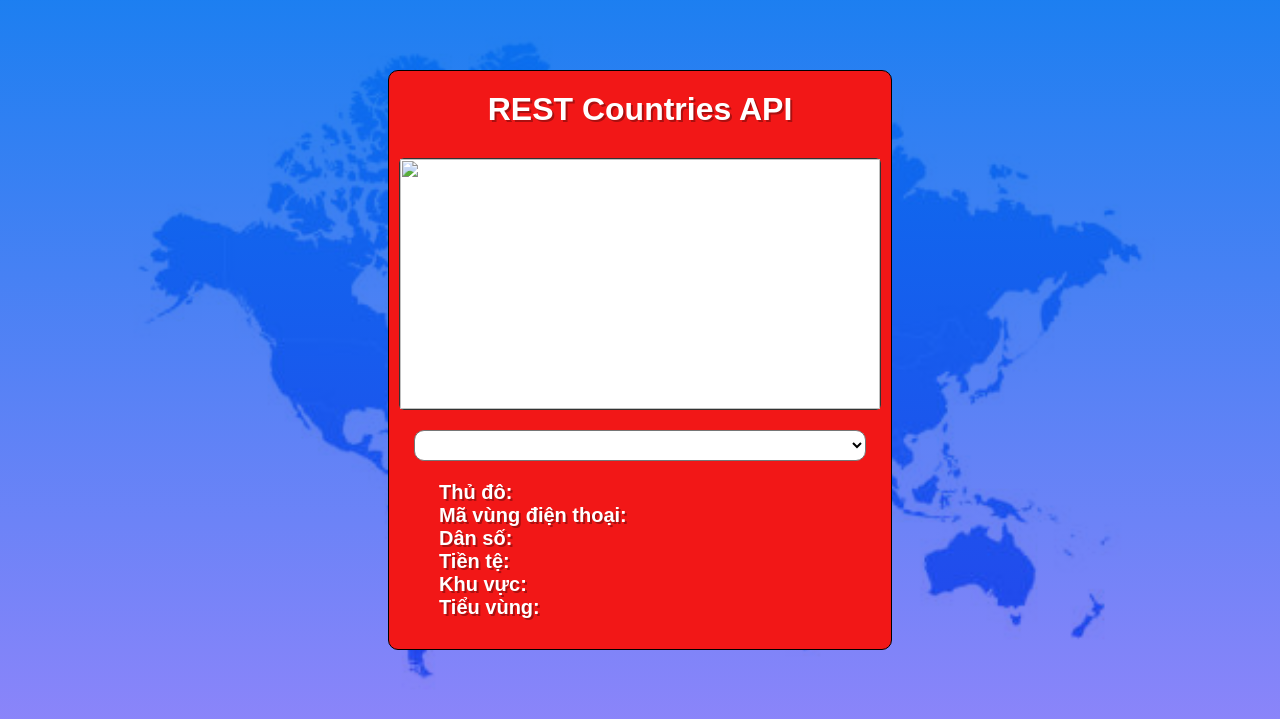
Repository: KhoaTran204/Rest-countries-api-app
Page: index.html
The author's editor kept a copy of each file at every save. The page is drawn from the files as they stood at one save, then again after a run of saves.
The browser window is 1280 px wide. The pictures show the whole page.
The page's requests for data from a server got no answer.

Above is the page before, as saved 2024-04-14 09:29:39.

### index.html
<!DOCTYPE html>
<html lang="en">
  <head>
    <meta charset="UTF-8" />
    <meta name="viewport" content="width=device-width, initial-scale=1.0" />
    <link rel="stylesheet" href="style.css" />
    <title>Rest Countries API</title>
  </head>
  <body>
    <div class="container">
      <h1>REST Countries API</h1>
      <div id="main-container">
        <div id="flag-container">
          <img src="" alt="" />
        </div>
        <div id="info-container">
          <select id="countries"></select>
          <div class="info">
            <p>Thủ đô: <span id="capital"></span></p>
            <p>Mã vùng điện thoại: <span id="dialing-code"></span></p>
            <p>Dân số: <span id="population"></span></p>
            <p>Tiền tệ: <span id="currencies"></span></p>
            <p>Khu vực: <span id="region"></span></p>
            <p>Tiểu vùng: <span id="subregion"></span></p>
          </div>
        </div>
      </div>
    </div>
    <script src="app.js"></script>
  </body>
</html>

### style.css
* {
  margin: 0;
  padding: 0;
  box-sizing: border-box;
}

body {
  font-family: sans-serif;
  height: 100vh;
  display: flex;
  justify-content: center;
  align-items: center;
  /* background-image: url(anh/bando.jpg);
  background-repeat: no-repeat;
  background-position: center;
  background-size: cover; */
  background: linear-gradient(
      to top,
      rgba(23, 11, 244, 0.5),
      rgba(4, 113, 239, 0.9)
    ),
    url(anh/bando.jpg) no-repeat center/cover;
}

#flag-container {
  margin: 10px;
  height: 252px;
  background-color: #fff;
  border: 1px solid #333;
  border-radius: 5px;
}

#flag-container img {
  display: block;
  width: 100%;
  height: 100%;
}

.container {
  background-color: rgb(242, 23, 23);
  border-radius: 10px;
  border: 1px solid black;
}
.container h1 {
  text-align: center;
  font-weight: 800;
  text-shadow: 2px 2px rgba(0, 0, 0, 0.3);
  color: #fff;
  margin: 20px;
}
#main-container {
  width: 502px;
  margin: 30px auto;
  padding: 0;
}
#flag-container {
  height: 252px;
  background-color: #fff;
  border: 1px solid #333;
}
#flag-container img {
  display: block;
  width: 100%;
  height: 100%;
}
#info-container select {
  display: block;
  border-radius: 10px;
  margin: 20px auto;
  padding: 5px;
  min-width: 90%;
  color: black;
  font-size: 15px;
  font-weight: bold;
  text-align-last: center;
  background-color: #fff;
  text-decoration: underline;
}
#flag-container select:active {
  background-color: black;
}
.info {
  margin-left: 50px;
  color: #fff;
  font-size: 20px;
  font-weight: bold;
  text-shadow: 2px 2px rgba(0, 0, 0, 0.3);
}

### app.js
const countrieslist = document.getElementById("countries");
let countries;

countrieslist.addEventListener("change", (event) =>
  displayCountryInfo(event.target.value)
);

// fetch("https://restcountries.com/v2/all")
//   .then(function (res) {
//     console.log(res);
//     return res.json();
//   })
//   .then(function (data) {
//     console.log(data);
//     initialize(data);
//   })
//   .catch(function (err) {
//     console.log("Lỗi: ", err);
//   });
fetch("https://restcountries.com/v2/all").then((res) => {
  res
    .json()
    .then((data) => initialize(data))
    .catch((err) => console.log("Lỗi: ", err));
});
function initialize(countriesData) {
  countries = countriesData;
  let options = "";
  //   for (let i = 0; i < countries.length; i++) {
  //     options += `<option value="${countries[i].alpha3Code}">${countries[i].name}</option>`;
  //   }
  countries.forEach(
    (country) =>
      (options += `<option value="${country.alpha3Code}">${country.name}</option>`)
  );
  //   document.getElementById("countries").innerHTML = options;
  //   document.querySelector("countries").innerHTML = options;
  countrieslist.innerHTML = options;
  countrieslist.selectedIndex = Math.floor(
    Math.random() * countrieslist.length
  );
  displayCountryInfo(countrieslist[countrieslist.selectedIndex].value);
}

function displayCountryInfo(countryByAlpha3Code) {
  const countryData = countries.find(
    (country) => country.alpha3Code === countryByAlpha3Code
  );
  console.log(countryData);
  document.querySelector("#flag-container img").src = countryData.flag;
  document.querySelector(
    "#flag-container img"
  ).alt = `Flag of ${countryData.name}`;
  document.getElementById("capital").innerHTML = countryData.capital;
  document.getElementById(
    "dialing-code"
  ).innerHTML = `+ ${countryData.callingCodes[0]}`;
  document.getElementById("population").innerHTML =
    countryData.population.toLocaleString("en-US");
  document.getElementById("currencies").innerHTML = countryData.currencies
    .filter((c) => c.name)
    .map((c) => `${c.name} (${c.code})`)
    .join(", ");
  document.getElementById("region").innerHTML = countryData.region;
  document.getElementById("subregion").innerHTML = countryData.subregion;
}

After the next 5 saves:
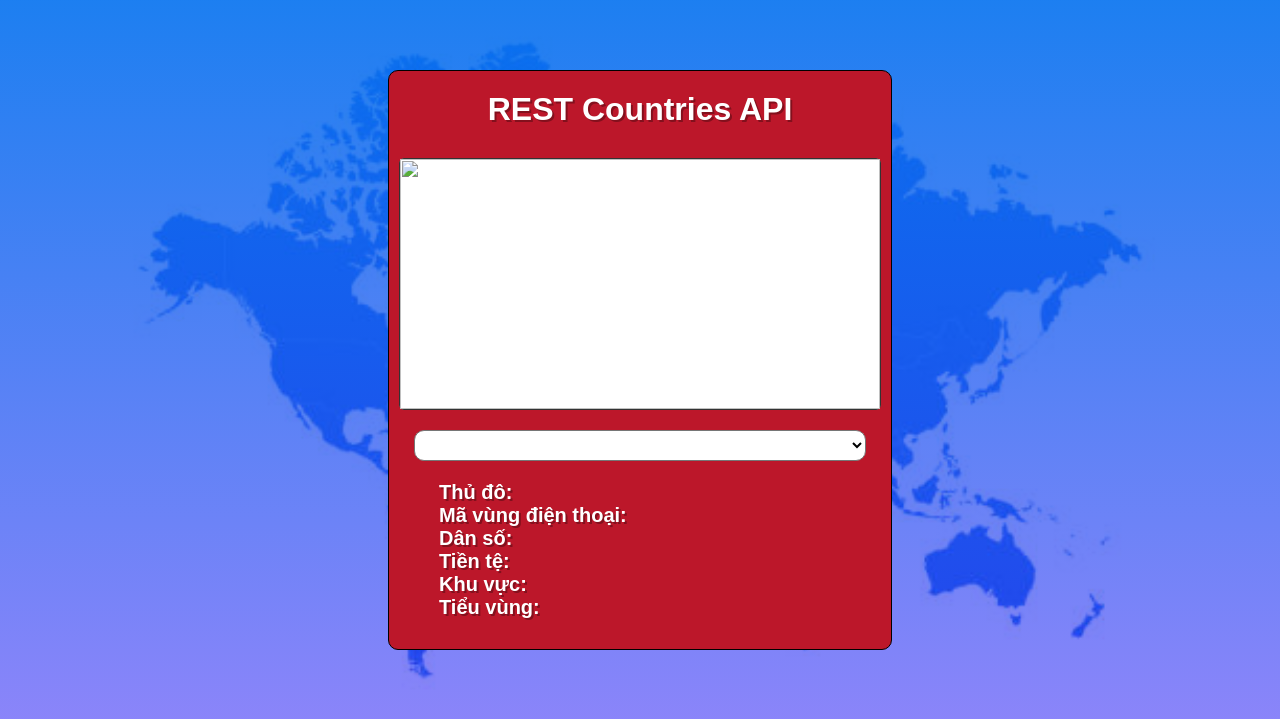
The 5 saves are shown as one change because they came seconds apart.
The last was saved 17 s later.
--- a/style.css
+++ b/style.css
@@ -37,7 +37,7 @@ body {
 }
 
 .container {
-  background-color: rgb(242, 23, 23);
+  background-color: rgb(188, 23, 42);
   border-radius: 10px;
   border: 1px solid black;
 }
